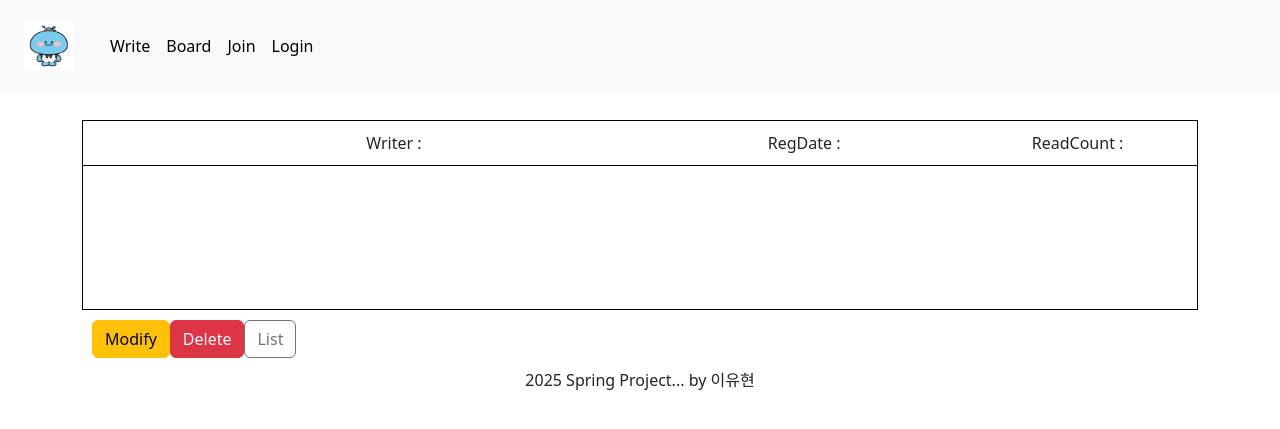
Repository: LeeYouHyeon/6.Spring
Page: http://localhost/spring_project/WEB-INF/views/board/detail.jsp
These files come from the project's save history. The page is drawn as it stood at one moment and after the next save; the edit follows.
The browser window is 1280 px wide. The pictures show the whole page.
The page is served by Tomcat 9. Nobody is signed in. The template is opened directly, without the code that normally fills it, so the values that code supplies are empty.

Above is the page before, as saved 2025-06-02 06:27:54.
Console error: TypeError: Cannot read properties of null (reading 'addEventListener')

After the next save:
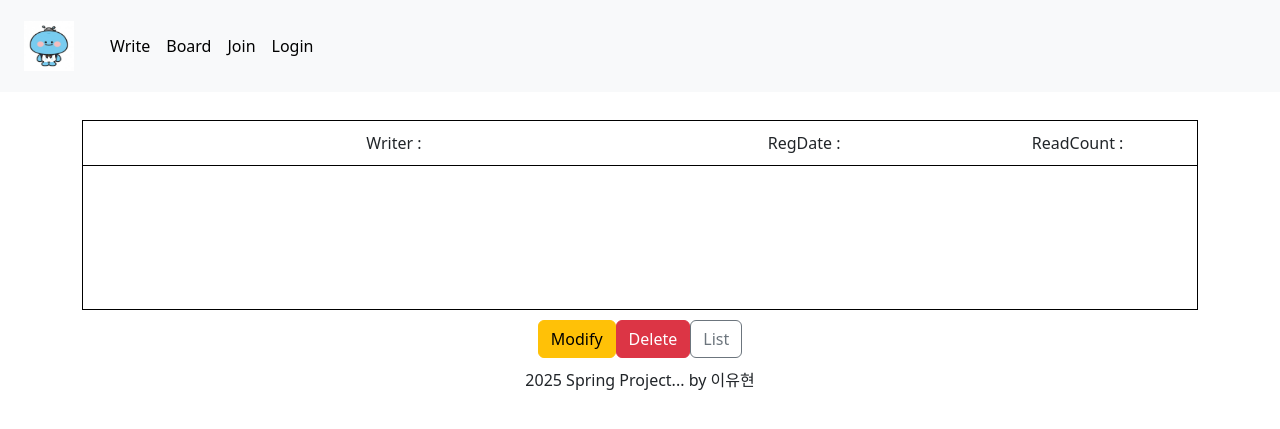
Saved 45 s later.
--- a/spring_project/src/main/webapp/WEB-INF/views/board/detail.jsp
+++ b/spring_project/src/main/webapp/WEB-INF/views/board/detail.jsp
@@ -14,7 +14,7 @@
 		<div class="readCount">ReadCount : ${bvo.readCount}</div>
 	</div>
 	<div class="line content">${bvo.content}</div>
-	<div class="line btn-group" role="group" aria-label="Basic mixed styles example">
+	<div class="btn-group" role="group" aria-label="Basic mixed styles example">
 		<a href="/board/modify?bno=${bvo.bno}"><button class="btn btn-warning">Modify</button></a>
 		<a href="/board/delete?bno=${bvo.bno}"><button class="btn btn-danger">Delete</button></a>
 		<a href="/board/list"><button class="btn btn-outline-secondary">List</button></a>
